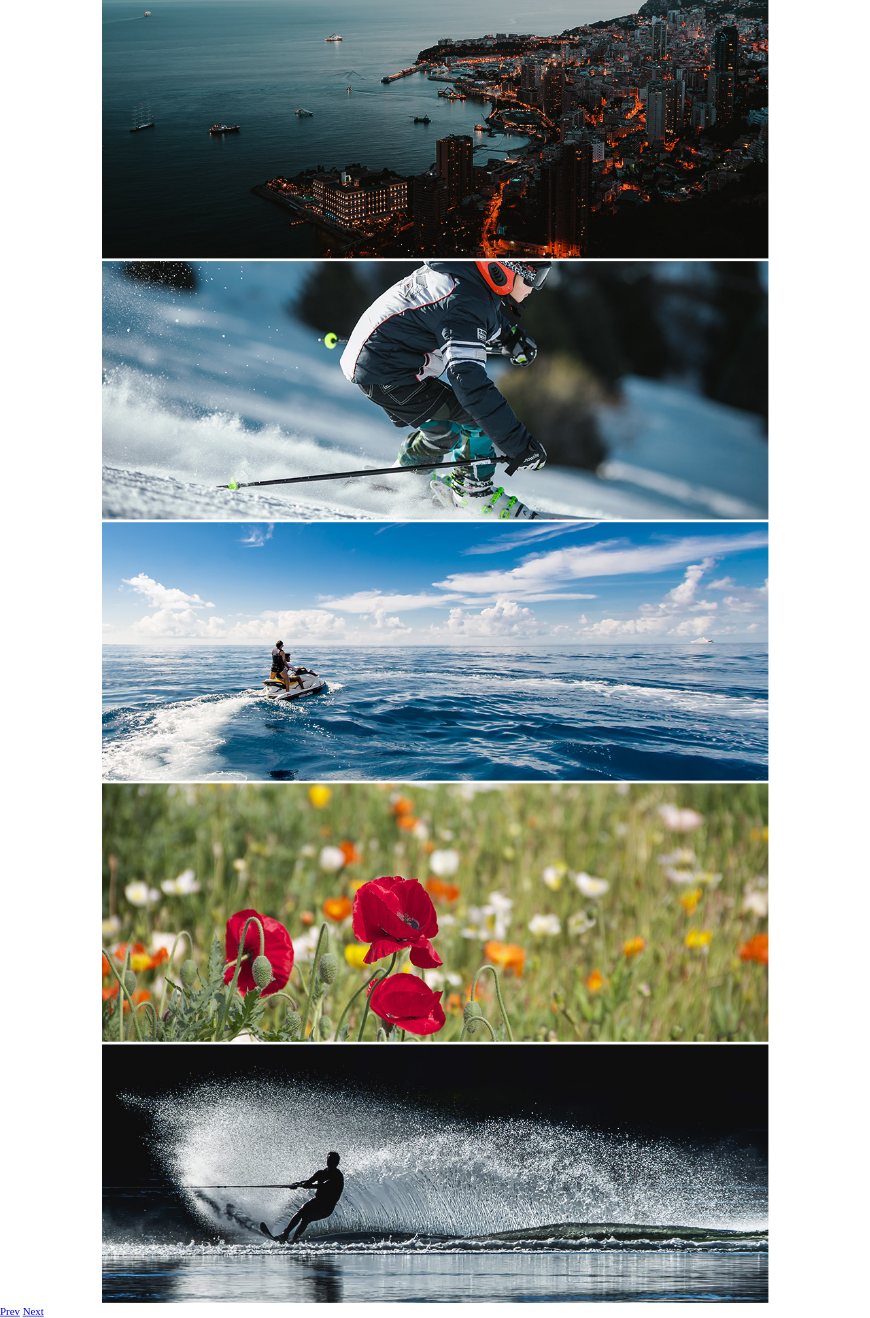
Repository: AnhTuan191298/sent-file-hoang
Page: js_slider/index.html
These files come from the project's save history. The page is drawn as it stood at one moment and after a run of saves; the edit follows.
The browser window is 1280 px wide. The pictures show the whole page, at 68% of full size.

Above is the page before, as saved 2021-02-01 15:53:20.

After the next 2 saves:
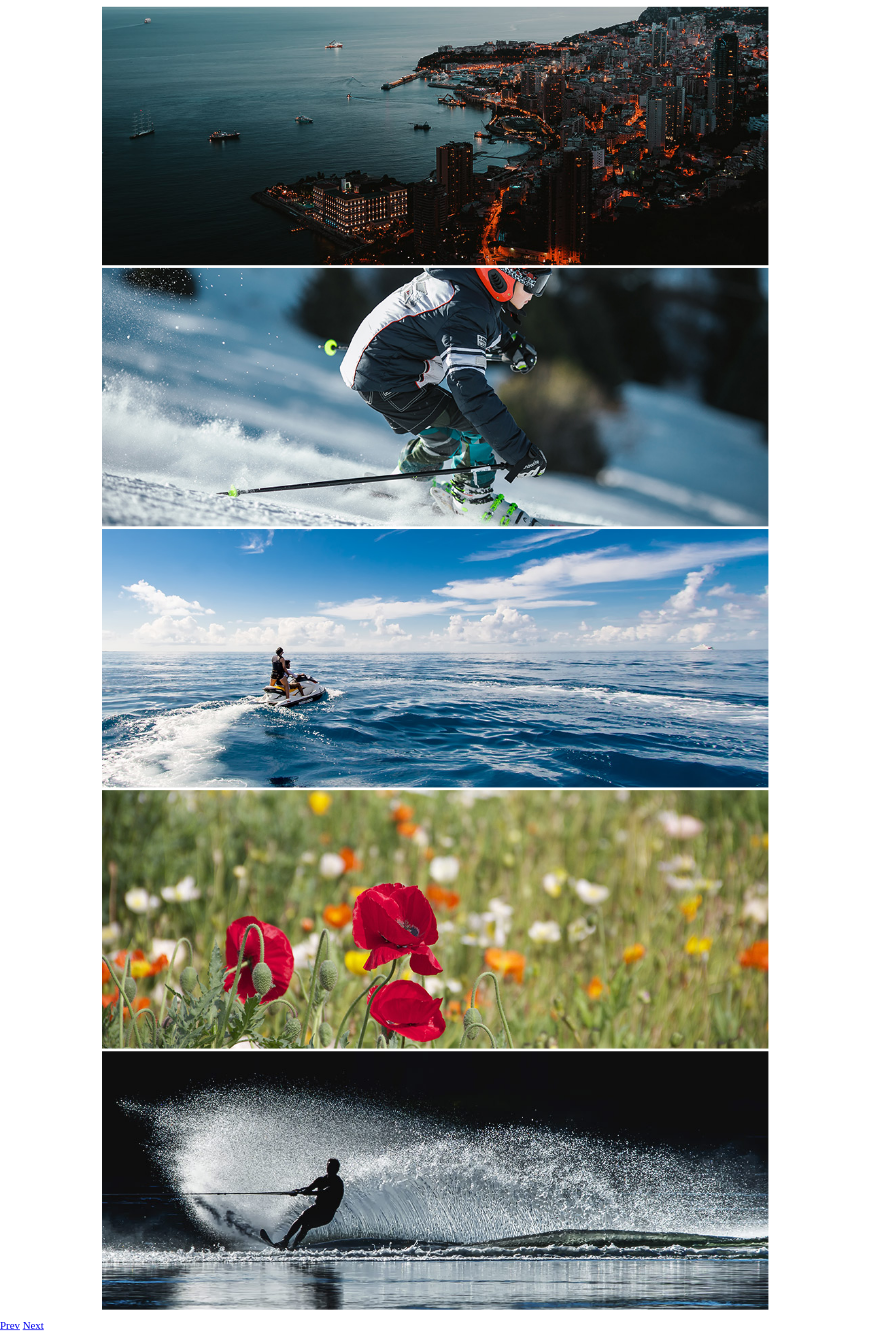
The 2 saves are shown as one change because they came seconds apart.
The last was saved 39 s later.
--- a/js_slider/index.html
+++ b/js_slider/index.html
@@ -12,7 +12,7 @@
         }
         .wrapper {
             width: 980px;
-            margin: 0px auto;
+            margin: 10px auto;
         }
     </style>
 </head>
